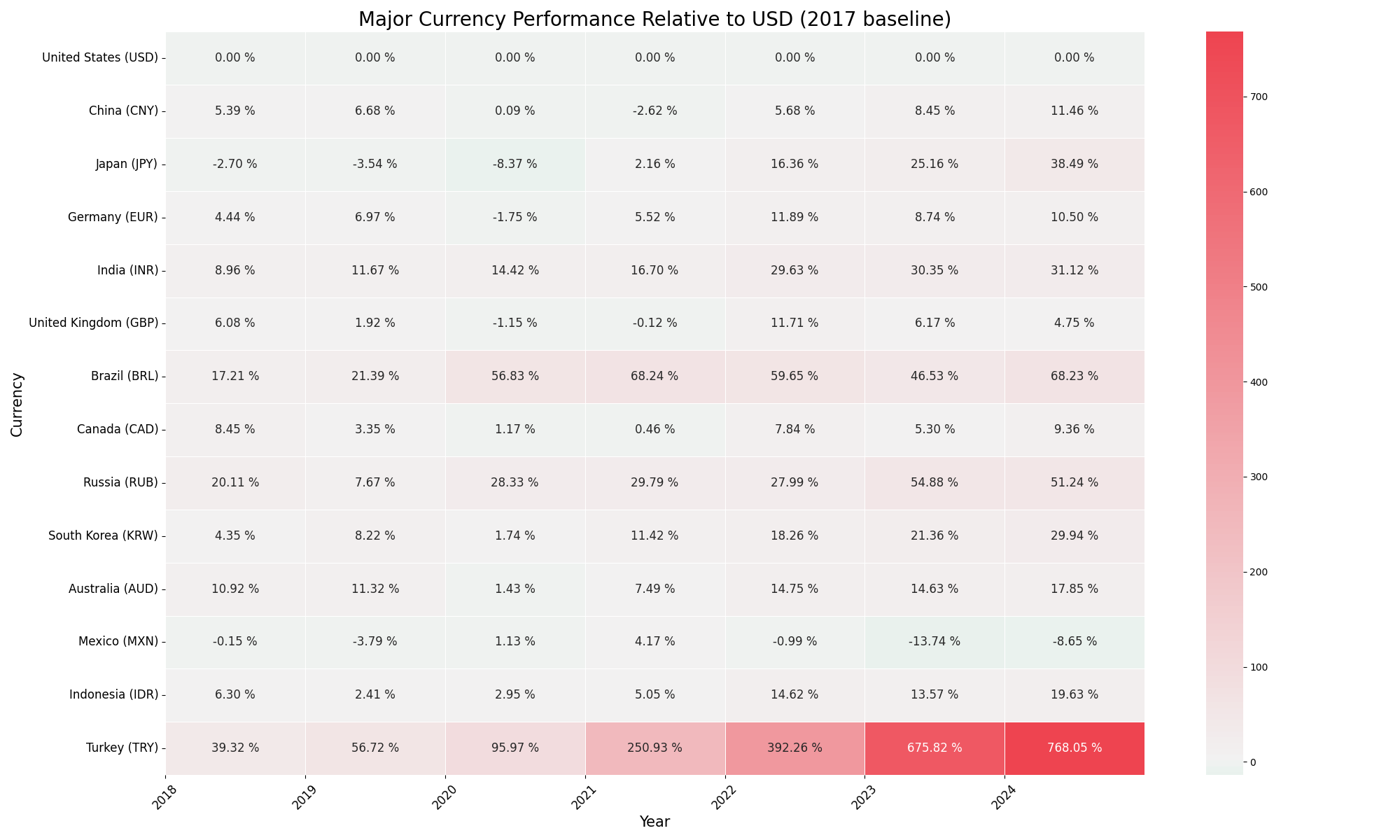
Repository: Lukeshirley/Global_Currencies_vs_USD
Script's output: python visualize_data.py
The author's editor kept a copy of each file at every save. The script's output is drawn from the files as they stood at one save, then again after the next save.
Figures wider than 1,400 px are first shrunk to that width. Random numbers start from a fixed seed.

Above is the script's output before, as saved 2024-07-23 08:45:34.

After the next save:
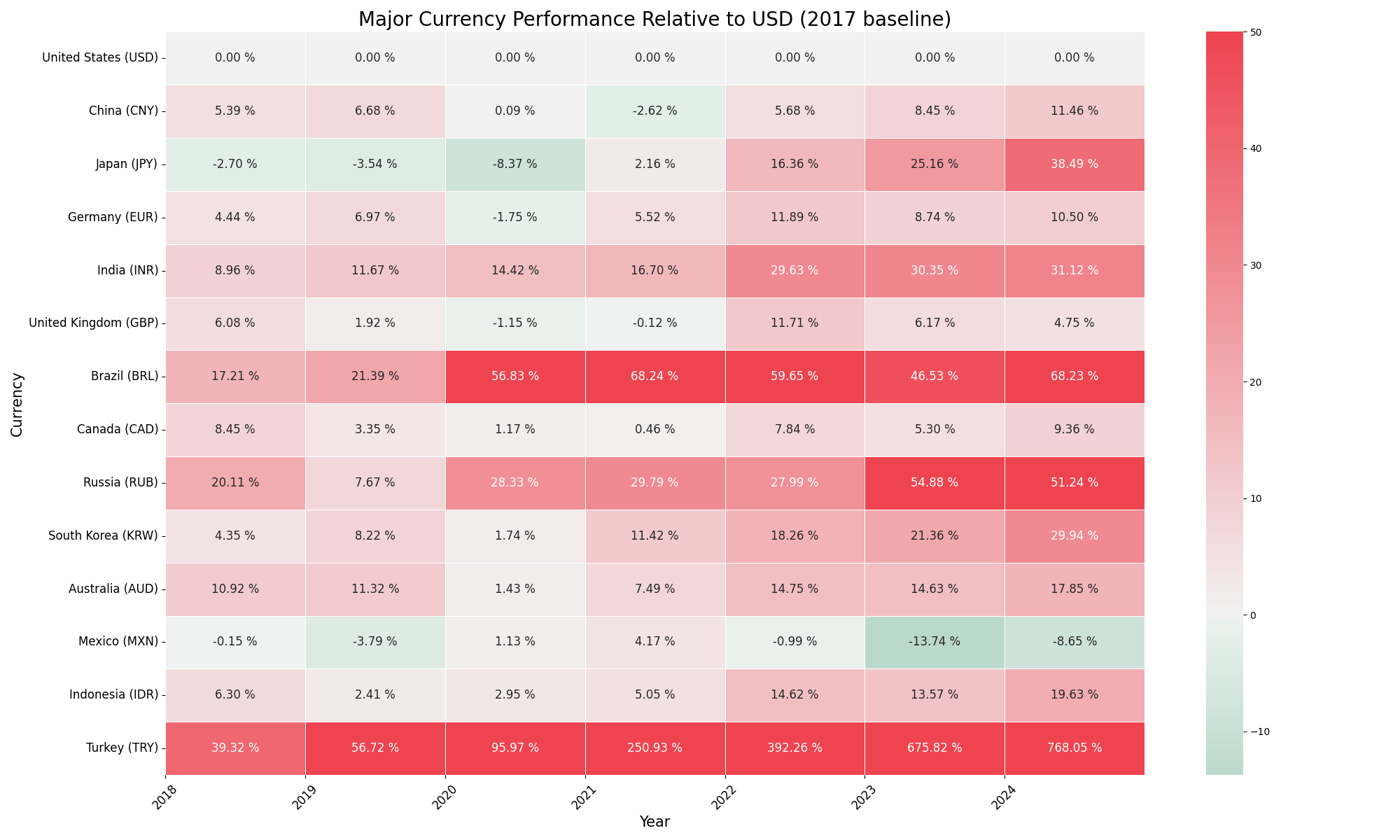
Saved 3 min 19 s later.
--- a/visualize_data.py
+++ b/visualize_data.py
@@ -49,7 +49,7 @@ def visualize_performance():
 
     plt.figure(figsize=(20, 12))
     cmap = sns.diverging_palette(150, 10, s=80, l=55, n=9, as_cmap=True)  # Green and Red
-    sns.heatmap(df_filtered_values, annot=df_filtered, cmap=cmap, fmt="", linewidths=.5, cbar=True, annot_kws={"size": 12}, center=0)
+    sns.heatmap(df_filtered_values, annot=df_filtered, cmap=cmap, fmt="", linewidths=.5, cbar=True, annot_kws={"size": 12}, center=0, vmax=50)
     plt.title('Major Currency Performance Relative to USD (2017 baseline)', fontsize=20)
     plt.xlabel('Year', fontsize=15)
     plt.ylabel('Currency', fontsize=15)
